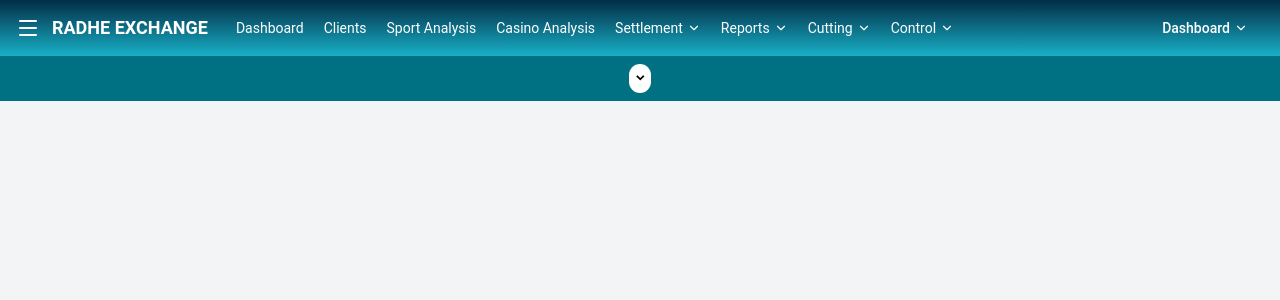
Repository: Habeebur1493/Radhe-Exchange
Page: /dashboard (app in frontend/)
These files come from the project's save history. The page is drawn as it stood at one moment and after the next save; the edit follows.
The browser window is 1280 px wide. The pictures show the whole page.
Some web libraries are served in a nearby version. The project was rebuilt for these pictures with package versions that can differ from the ones it lists, and the page was loaded fresh each time. Also part of the build but not shown: frontend/vite.config.js, frontend/src/components/login.jsx, frontend/src/components/Register.jsx.

Above is the page before, as saved 2025-03-04 11:04:04.

### frontend/index.html
<!doctype html>
<html lang="en">
  <head>
    <meta charset="UTF-8" />
    <meta name="viewport" content="width=device-width, initial-scale=1.0" />
    <link
    href="https://cdn.jsdelivr.net/npm/remixicon@4.5.0/fonts/remixicon.css"
    rel="stylesheet"
/>
    <title>Radheexch | Admin</title>

  </head>
  <body>
    <div id="root"></div>
    <script type="module" src="/src/main.jsx"></script>
  </body>
</html>

### frontend/src/App.jsx
import React from "react";
import "./App.css";
import { Navigate, Routes, Route } from "react-router-dom";
import Login from "./components/login";
import Register from "./components/Register";
import Dashboard from "./components/dashboard";

const App = () => {
  return (
    <div>
      <Routes>
        <Route path="/" element={<Navigate to="/login" />} />
        <Route path="/login" element={<Login />} />
        <Route path="/register" element={<Register />} />
        <Route path="/dashboard" element={<Dashboard />} />
      </Routes>
    </div>
  );
};

export default App;

### frontend/src/App.css
@import "tailwindcss";

@import url('https://fonts.googleapis.com/css2?family=Roboto:ital,wght@0,100..900;1,100..900&display=swap');

:root {
    --primary-background: linear-gradient(#022d45, #18b0c7);
    --secondary-background: linear-gradient(#5dcbde, #075366);
    --tertiary-background: linear-gradient(#007182, #4ab4c7);
}

.main{
    background: var(--primary-background);
    font-family: "Roboto", sans-serif;
}

.btn{
    background: var(--secondary-background);
    font-family: "Roboto", sans-serif;
}

nav{
    background: var(--primary-background);
    font-family: "Roboto", sans-serif;
    font-size: 14px;
}
.dashboard{
    font-family: "Roboto", sans-serif;
    font-size: 14px;
}

.sidebar{
    background: var(--tertiary-background);
    font-family: "Roboto", sans-serif;
    font-size: 14px;
}

### frontend/src/components/dashboard.jsx
import React, { useState } from "react";
import { Menu, ChevronDown } from "lucide-react";

const Dashboard = () => {
  const [sidebarOpen, setSidebarOpen] = useState(false);
  const [isDropdownOpen, setIsDropdownOpen] = useState(false);
  const [isOpen, setIsOpen] = useState(false);


  return (
    <div className="dashboard min-h-screen bg-gray-100 overflow-x-hidden">
      {/* Navbar */}
      <nav className="bg-[--primary-background] text-white flex items-center h-14 px-4 shadow-md">
        {/* Left Section: Logo & Menu Button */}
        <div className="flex items-center space-x-3">
          <button
            onClick={() => setSidebarOpen(!sidebarOpen)}
            className="text-white"
          >
            <Menu size={24} />
          </button>
          <h1 className="text-lg font-bold">RADHE EXCHANGE</h1>
        </div>

        {/* Navbar Links (Now Closer to H1) */}
        <div className="ml-6 flex items-center">
          <ul className="hidden md:flex space-x-3">
            {["Dashboard", "Clients", "Sport Analysis", "Casino Analysis"].map(
              (item) => (
                <li key={item}>
                  <a
                    href="#"
                    className="h-14 flex items-center px-1 hover:bg-[#18b0c7] transition-all duration-200 ease-in-out"
                  >
                    {item}
                  </a>
                </li>
              )
            )}

            {/* Dropdown Menus */}
            {["Settlement"].map((item) => (
             <li key={item} className="relative group">
             <button className="h-14 flex items-center px-1 hover:bg-[#18b0c7] transition-all duration-200 ease-in-out">
               {item}
               <ChevronDown size={14} className="ml-1" />
             </button>

             {/* Dropdown - Show on Hover but only inside the navbar */}
             <div className="absolute left-0 mt-0 w-40 bg-[#16a2ba] text-white opacity-0 invisible group-hover:opacity-100 group-hover:visible transition-all duration-200 ease-in-out">
               <a href="#" className="block px-4 py-2 hover:bg-[#107a8d] border-b border-gray-500">
                 User
               </a>
               <a href="#" className="block px-4 py-2 hover:bg-[#107a8d]">
                 Master
               </a>
             </div>
           </li>
            ))}
            {/* Dropdown Menus */}
            {["Reports"].map((item) => (
              <li key={item} className="relative group">
                <button className="h-14 flex items-center px-1 hover:bg-[#18b0c7] transition-all duration-200 ease-in-out">
                  {item}
                  <ChevronDown size={14} className="ml-1" />
                </button>

                {/* Dropdown - Show on Hover */}
                <div className="absolute left-0 mt-0 w-40 bg-[#16a2ba] text-white opacity-0 invisible group-hover:opacity-100 group-hover:visible transition-all duration-200 ease-in-out">
                  <a
                    href="#"
                    className="block px-4 py-2 hover:bg-[#107a8d] border-b-1 border-gray-500"
                  >
                    User Detail
                  </a>
                  <a
                    href="#"
                    className="block px-4 py-2 hover:bg-[#107a8d] border-b-1 border-gray-500"
                  >
                    Account Satatement
                  </a>
                  <a
                    href="#"
                    className="block px-4 py-2 hover:bg-[#107a8d]  border-b-1 border-gray-500"
                  >
                    Settlement/Balance Report
                  </a>
                  <a
                    href="#"
                    className="block px-4 py-2 hover:bg-[#107a8d]  border-b-1 border-gray-500"
                  >
                    Transaction Report
                  </a>
                  <a
                    href="#"
                    className="block px-4 py-2 hover:bg-[#107a8d]  border-b-1 border-gray-500"
                  >
                    Current Bets
                  </a>
                  <a
                    href="#"
                    className="block px-4 py-2 hover:bg-[#107a8d]  border-b-1 border-gray-500"
                  >
                    Profit & Loss Report
                  </a>
                  <a
                    href="#"
                    className="block px-4 py-2 hover:bg-[#107a8d]  border-b-1 border-gray-500"
                  >
                    Event Profit & Loss Report
                  </a>
                  <a
                    href="#"
                    className="block px-4 py-2 hover:bg-[#107a8d]  border-b-1 border-gray-500"
                  >
                    Bet History
                  </a>
                  <a
                    href="#"
                    className="block px-4 py-2 hover:bg-[#107a8d]  border-b-1 border-gray-500"
                  >
                    Live Bets
                  </a>
                  <a
                    href="#"
                    className="block px-4 py-2 hover:bg-[#107a8d] border-b-1 border-gray-500"
                  >
                    Sports Revenue
                  </a>
                  <a
                    href="#"
                    className="block px-4 py-2 hover:bg-opacity-50  border-b-1 border-gray-500"
                  >
                    IP lookup
                  </a>
                </div>
              </li>
            ))}
            {/* Dropdown Menus */}
            {["Cutting"].map((item) => (
              <li key={item} className="relative group">
                <button className="h-14 flex items-center px-1 hover:bg-[#18b0c7] transition-all duration-200 ease-in-out">
                  {item}
                  <ChevronDown size={14} className="ml-1" />
                </button>

                {/* Dropdown - Show on Hover */}
                <div className="absolute left-0 mt-0 w-40 bg-[#16a2ba] text-white opacity-0 invisible group-hover:opacity-100 group-hover:visible transition-all duration-200 ease-in-out">
                  <a
                    href="#"
                    className="block px-4 py-2 hover:bg-[#107a8d]  border-b-1 border-gray-500"
                  >
                    Agent Master
                  </a>
                  <a href="#" className="block px-4 py-2 hover:bg-[#107a8d]">
                    Cutting History
                  </a>
                </div>
              </li>
            ))}
            {/* Dropdown Menus */}
            {["Control"].map((item) => (
              <li key={item} className="relative group">
                <button className="h-14 flex items-center px-1 hover:bg-[#18b0c7] transition-all duration-200 ease-in-out">
                  {item}
                  <ChevronDown size={14} className="ml-1" />
                </button>

                {/* Dropdown - Show on Hover */}
                <div className="absolute left-0 mt-0 w-40 bg-[#16a2ba] text-white opacity-0 invisible group-hover:opacity-100 group-hover:visible transition-all duration-200 ease-in-out">
                  <a
                    href="#"
                    className="block px-4 py-2 hover:bg-[#107a8d]  border-b-1 border-gray-500"
                  >
                    Game
                  </a>
                  <a href="#" className="block px-4 py-2 hover:bg-[#107a8d]">
                    Casino
                  </a>
                </div>
              </li>
            ))}
          </ul>
        </div>

        {/* Move Dashboard Dropdown to the Right */}
        <div className="ml-auto">
          <ul className="hidden md:flex text-sm font-medium">
            <li className="relative">
              <button
                onClick={() => setIsDropdownOpen(!isDropdownOpen)}
                className="flex items-center space-x-1 focus:outline-none px-4 h-14"
              >
                <span>Dashboard</span>
                <ChevronDown size={14} />
              </button>

              {/* Dropdown Menu - Shows on Click */}
              {isDropdownOpen && (
                <div className="absolute h-20 right-5 w-40 bg-white text-gray-800 shadow-md rounded-md">
                  <a href="#" className="block px-4 py-2 hover:bg-gray-200">
                    Change Password
                  </a>
                  <a href="#" className="block px-4 py-2 hover:bg-gray-200">
                    Log Out
                  </a>
                </div>
              )}
            </li>
          </ul>
        </div>
      </nav>

      {/* Header */}
      <header className="bg-[#007182] p-2  ">
      {/* Dropdown Toggle */}
      <div
        className="cursor-pointer flex items-center justify-center"
        onClick={() => setIsOpen(!isOpen)}
      >
       <i className={`ri-arrow-down-s-line bg-white text-black font-bold rounded-full p-1 transition-transform ${isOpen ? "rotate-180" : ""}`}></i>


      </div>

      {/* Dropdown Content */}
      {isOpen && (
        <div className="bg-[#007182] text-white transition-all duration-300">
          <div className="grid grid-cols-5 gap-4 mr-4 text-gray-800">
            {[
              { label: "User ID", value: "776demo" },
              { label: "User Type", value: "Admin" },
              { label: "Given Bal", value: "1000.00" },
              { label: "Available", value: "500.00" },
              { label: "Up Line", value: "0" },
              { label: "Down Line", value: "0" },
              { label: "Current P&L", value: "0" },
              { label: "Exposure", value: "0" },
              { label: "My P&L", value: "0" },
            ].map((item, index) => (
              <div key={index} className="flex items-center justify-between">
                <label className="font-semibold">{item.label}:</label>
                <span className="ml-2">{item.value}</span>
              </div>
            ))}
          </div>
        </div>
      )}
    </header>

      {/* Sidebar */}
      {sidebarOpen && (
        <div className="sidebar bg-[--tertiary-background] shadow-lg w-60 h-full absolute top-[56px] left-0 p-2">
          <ul className="space-y-2 text-gray-800">
            {[
              "Dashboard",
              "Clients",
              "Sport Analysis",
              "Casino Analysis",
              "Settlement",
              "Reports",
              "Cutting",
              "Control",
            ].map((item) => (
              <li key={item}>
                <a
                  href="#"
                  className="block hover:bg-gray-200 p-2 rounded transition-all duration-200 ease-in-out"
                >
                  {item}
                </a>
              </li>
            ))}
          </ul>
        </div>
      )}
    </div>
  );
};

export default Dashboard;

Loaded but not shown: frontend/src/main.jsx (common file)

After the next save:
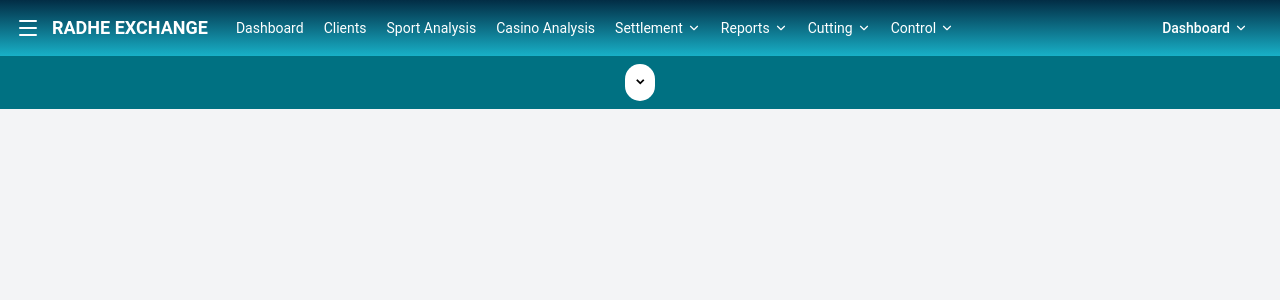
Saved 18 s later.
--- a/frontend/src/components/dashboard.jsx
+++ b/frontend/src/components/dashboard.jsx
@@ -218,7 +218,7 @@ const Dashboard = () => {
         className="cursor-pointer flex items-center justify-center"
         onClick={() => setIsOpen(!isOpen)}
       >
-       <i className={`ri-arrow-down-s-line bg-white text-black font-bold rounded-full p-1 transition-transform ${isOpen ? "rotate-180" : ""}`}></i>
+       <i className={`ri-arrow-down-s-line bg-white text-black font-bold rounded-full p-2 transition-transform ${isOpen ? "rotate-180" : ""}`}></i>
 
 
       </div>
